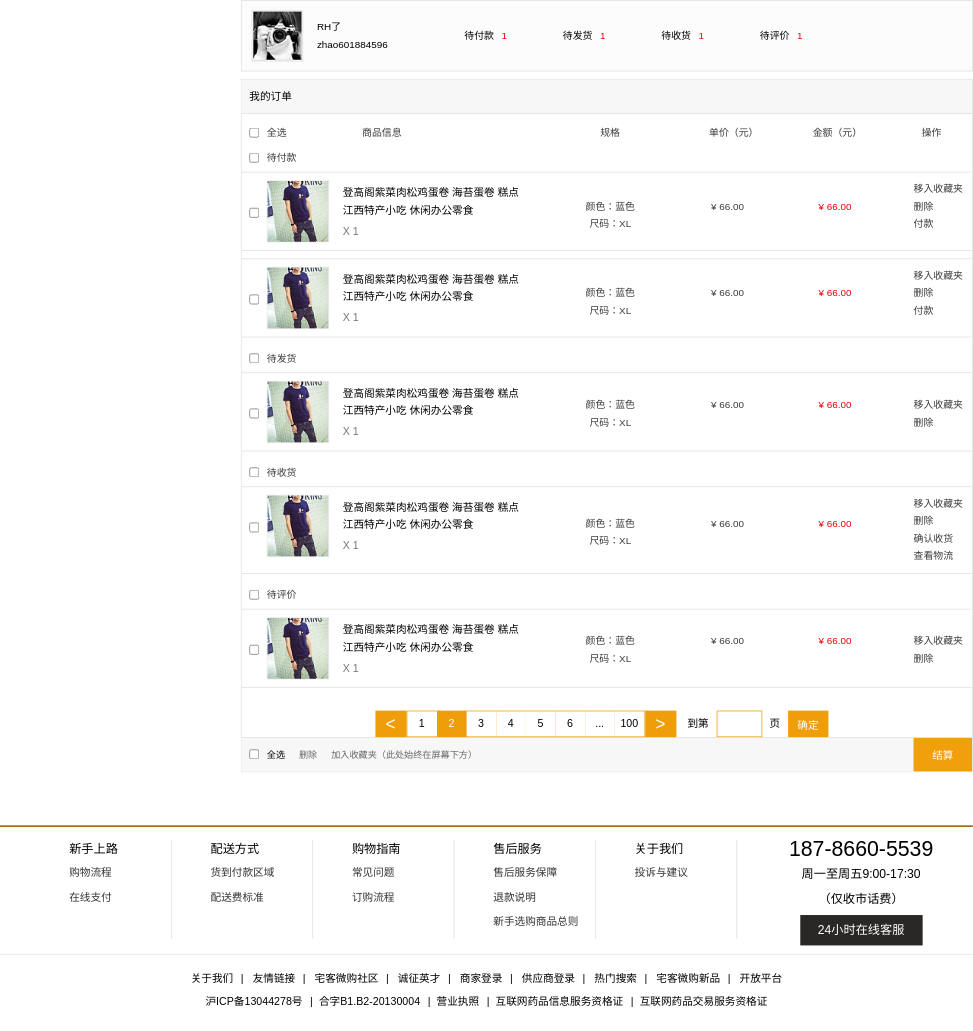
Repository: hucongting/MobliePhoneMall
Page: http://localhost/HelloMall/home/my_order.jsp
These files come from the project's save history. The page is drawn as it stood at one moment and after the next save; the edit follows.
The browser window is 1280 px wide. The pictures show the whole page, at 76% of full size.
The page is served by Tomcat 9. Nobody is signed in. The application's start-up code is not run.

Above is the page before, as saved 2018-09-01 06:39:57.

After the next save:
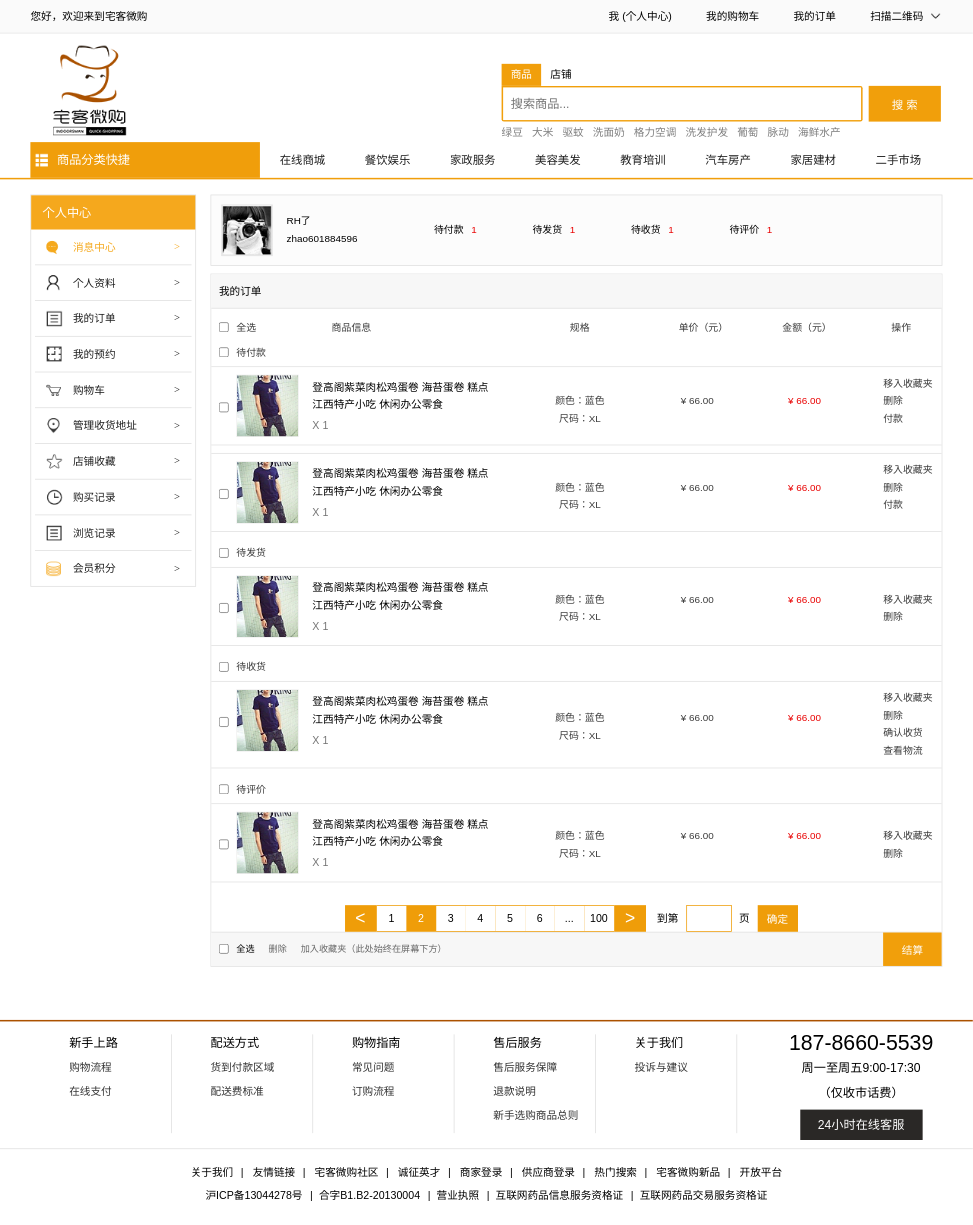
Saved 9 s later.
--- a/HelloMall/src/main/webapp/home/my_order.jsp
+++ b/HelloMall/src/main/webapp/home/my_order.jsp
@@ -13,7 +13,7 @@
 
 <body style="position:relative;">
 
-
+    	<jsp:include page="top.jsp"></jsp:include>
 
     	<div class="order-right f-r">
         	<div class="order-hd">
